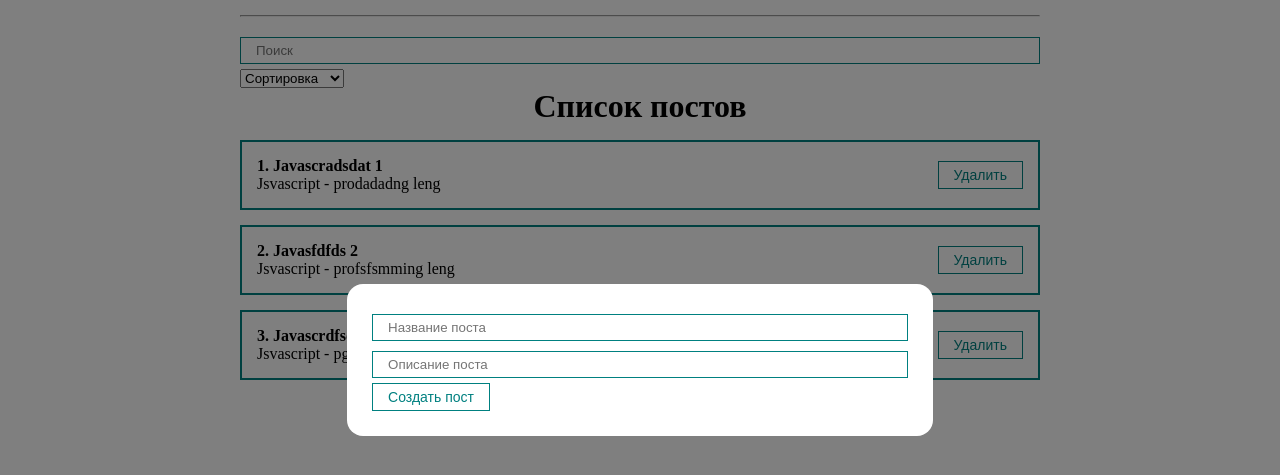
Repository: tsydikov/reactTodo
Page: /
The author's editor kept a copy of each file at every save. The page is drawn from the files as they stood at one save, then again after the next save.
The browser window is 1280 px wide. The pictures show the whole page.
The project was rebuilt for these pictures with package versions that can differ from the ones it lists, and the page was loaded fresh each time.

Above is the page before, as saved 2021-08-29 17:28:27.

### public/index.html
<!DOCTYPE html>
<html lang="en">
  <head>
    <meta name="viewport" content="width=device-width, initial-scale=1" />
    <title>React App</title>
  </head>
  <body>
    <noscript>You need to enable JavaScript to run this app.</noscript>
    <div id="root"></div>
  </body>
</html>

### src/App.js
import React, { useMemo, useState } from 'react'
import PostFilter from './components/PostFilter';
import PostForm from './components/PostForm';
import PostList from './components/PostList'
import './styles/App.css'
import MyModal from './UI/MyModal/MyModal';

function App() {
  const [posts, setPosts] = useState([
    { id: 1, title: 'Javascradsdat 1', body: 'Jsvascript - prodadadng leng' },
    { id: 2, title: 'Javasfdfds 2', body: 'Jsvascript - profsfsmming leng' },
    { id: 3, title: 'Javascrdfsdfst 3', body: 'Jsvascript - pgsgsming leng' }
  ])
  const [filter,setFilter] = useState({sort:'', query:''})

  const sortedPosts = useMemo(() => {
    if (filter.sort) {
      return [...posts].sort((a, b) => a[filter.sort].localeCompare(b[filter.sort]))
    }
    return posts;
  }, [filter.sort, posts])

  const sortedAndSerchedPosts = useMemo(() => {
    return sortedPosts.filter(post => post.title.toLowerCase().includes(filter.query))
  }, [filter.query, sortedPosts])

  const createPost = (newPost) => {
    setPosts([...posts, newPost])
  }
  const removePost = (post) => {
    setPosts(posts.filter(p => p.id !== post.id))
  }


  return (
    <div className="App">
      <MyModal>
        <PostForm create={createPost} />
      </MyModal>
      <hr style={{ margin: '15px 0' }} />
      <PostFilter
        filter={filter}
        setFilter={setFilter}
      />
     <PostList remove={removePost} posts={sortedAndSerchedPosts} title="Список постов" />
    </div>
  );
}

export default App;

### src/components/PostFilter.jsx
import React from "react";
import MyInput from "../UI/input/MyInput";
import MySelect from "../UI/select/MySelect";

const PostFilter = ({filter, setFilter}) => {
    return (
        <div>
            <MyInput
                value={filter.query}
                onChange={e => setFilter({...filter, query:e.target.value})}
                placeholder="Поиск"
            />
            <MySelect
                value={filter.sort}
                onChange={selectedSort => setFilter({...filter, sort: selectedSort})}
                defaultValue="Сортировка"
                options={[
                    { value: 'title', name: 'По названию' },
                    { value: 'body', name: 'По описанию' }
                ]}
            />
        </div>
    )
}

export default PostFilter;

### src/components/PostForm.jsx
import React, { useState } from "react";
import MyButton from "../UI/button/MyButton";
import MyInput from "../UI/input/MyInput";

const PostForm = ({ create }) => {
    const [post, setPost] = useState({ title: '', body: '' })
    const addNewPost = (e) => {
        e.preventDefault()
        const newPost = {
            ...post, id: Date.now()
        }
        create(newPost)
        setPost({ title: '', body: '' })
    }
    return (
        <form>
            <MyInput
                onChange={e => setPost({ ...post, title: e.target.value })}
                value={post.title}
                type="text"
                placeholder="Название поста"
            />
            <MyInput
                onChange={e => setPost({ ...post, body: e.target.value })}
                value={post.body}
                type="text"
                placeholder="Описание поста"
            />
            <MyButton onClick={addNewPost} >Создать пост</MyButton>
        </form>
    )
}

export default PostForm;

### src/components/PostList.jsx
import React from "react";
import PostItem from './PostItem'
const PostList = ({ posts, title, remove }) => {

    if (!posts.length) {
        return (<h1 style={{ textAlign: 'center' }}>Посты не найдены</h1>)
    }

    return (
        <div>
            <h1 style={{ textAlign: 'center' }}>
                {title}
            </h1>
            {posts.map((post, index) =>
                <PostItem remove={remove} number={index + 1} post={post} key={post.id} />
            )}
        </div>
    )
}

export default PostList;

### src/UI/MyModal/MyModal.jsx
import React from "react";
import cl from './MyModal.module.css';

const MyModal = ({ children }) => {

    return (
        <div className={[cl.myModal, cl.active].join(' ')}>
            <div className={cl.myModalContent}>
                {children}
            </div>
        </div>
    )
}

export default MyModal;

### src/UI/input/MyInput.jsx
import React from "react";
import classes from "./MyInput.module.css";

const MyInput = React.forwardRef((props, ref) => {
    return (
        <input ref={ref} className={classes.myInput} {...props} />
    )
})

export default MyInput;

### src/UI/select/MySelect.jsx
import React from "react";

const MySelect = ({ options, defaultValue, value, onChange }) => {
    return (
        <select
            value={value}
            onChange={event => onChange(event.target.value)}
        >
            <option disabled value="">{defaultValue}</option>
            {options.map(option =>
                <option key={option.value} value={option.value}>
                    {option.name}
                </option>
            )}
        </select>
    )
}

export default MySelect;

### src/UI/button/MyButton.jsx
import React from "react";
import classes from "./MyButton.module.css";

const MyButton = ({ children, ...props }) => {
    return (
        <button {...props} className={classes.myBtn}>
            {children}
        </button>
    )
}

export default MyButton;

### src/components/PostItem.jsx
import React from "react";
import MyButton from "../UI/button/MyButton";

const PostItem = (props) => {
    return (
        <div className="post">
            <div className="post__content">
                <strong>{props.number}. {props.post.title}</strong>
                <div>
                    {props.post.body}
                </div>
            </div>
            <div className="post__btn">
                <MyButton onClick={() => props.remove(props.post)}>
                    Удалить
                </MyButton>
            </div>
        </div>
    )
}

export default PostItem;

Loaded but not shown: src/index.js (common file); src/styles/App.css (common file); src/UI/MyModal/MyModal.module.css (common file); src/UI/input/MyInput.module.css (common file); src/UI/button/MyButton.module.css (common file)

After the next save:
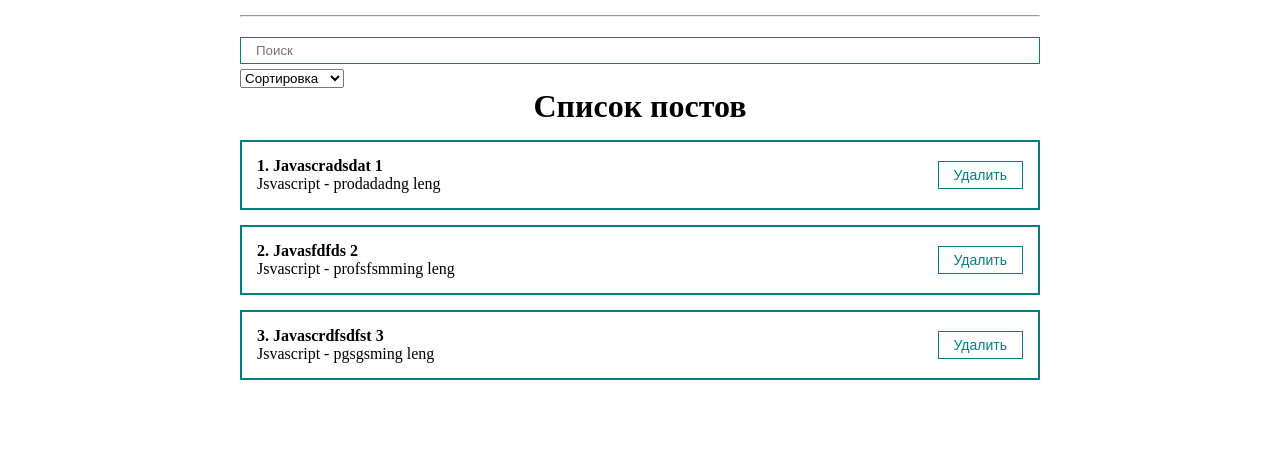
Saved 2 min 53 s later.
--- a/src/UI/MyModal/MyModal.jsx
+++ b/src/UI/MyModal/MyModal.jsx
@@ -1,10 +1,14 @@
 import React from "react";
 import cl from './MyModal.module.css';
 
-const MyModal = ({ children }) => {
+const MyModal = ({ children, visible, setVisible }) => {
+    const rootClasses = [cl.myModal]
+    if (visible) {
+        rootClasses.push(cl.active)
+    }
 
     return (
-        <div className={[cl.myModal, cl.active].join(' ')}>
+        <div className={rootClasses.join(' ')}>
             <div className={cl.myModalContent}>
                 {children}
             </div>
